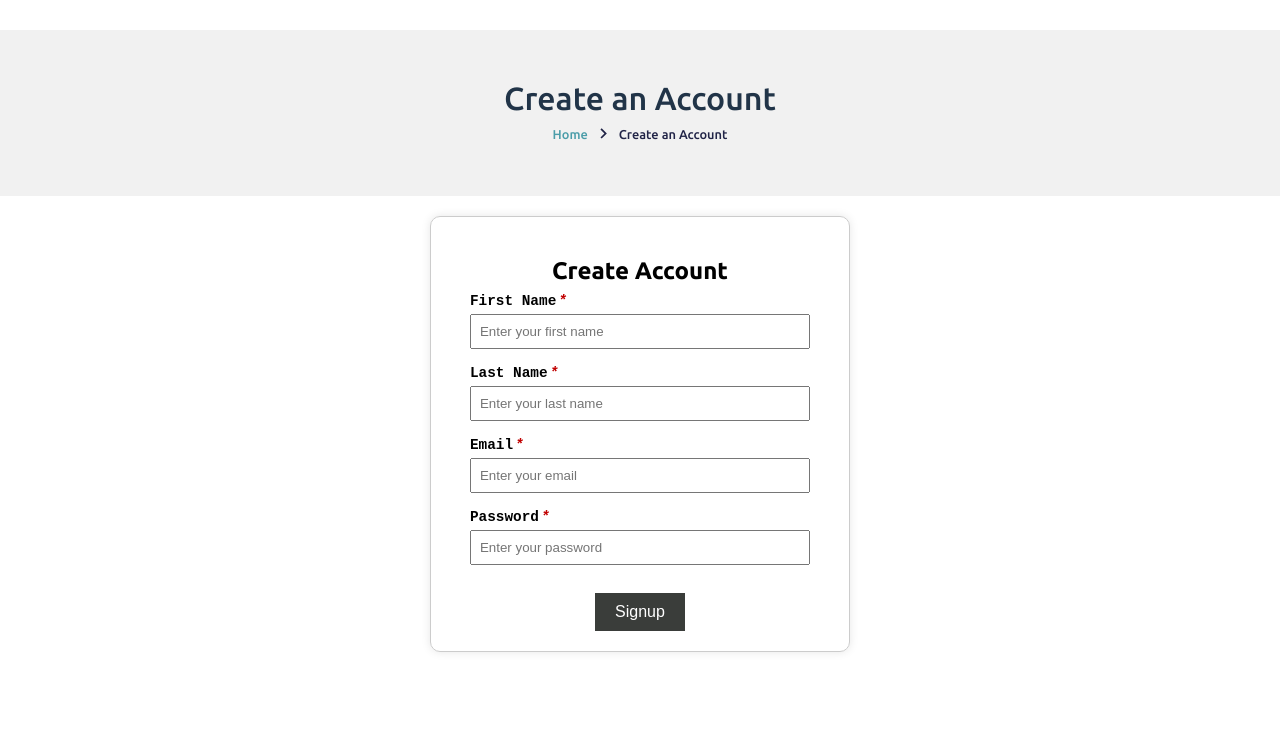
Repository: jkvekariya/Online-store-Management
Page: /auth/signup (app in frontend/client/)
An editor plug-in stored every save of this project. The page is shown before and after the next save, followed by the edit.
The browser window is 1280 px wide. The pictures show the whole page.
Some web fonts or font styles are not loaded; a fallback is used. The project was rebuilt for these pictures with package versions that can differ from the ones it lists, and the page was loaded fresh each time. Also part of the build but not shown: frontend/client/vite.config.js, frontend/client/src/css/header.css, frontend/client/src/css/sidebar.css, frontend/client/src/components/Sidebar.jsx, frontend/client/src/context/CartContext.jsx, frontend/client/src/components/Header.jsx, frontend/client/src/css/footer.css, frontend/client/src/components/Footer.jsx and 11 more.

Above is the page before, as saved 2026-01-02 14:26:25.

After the next save:
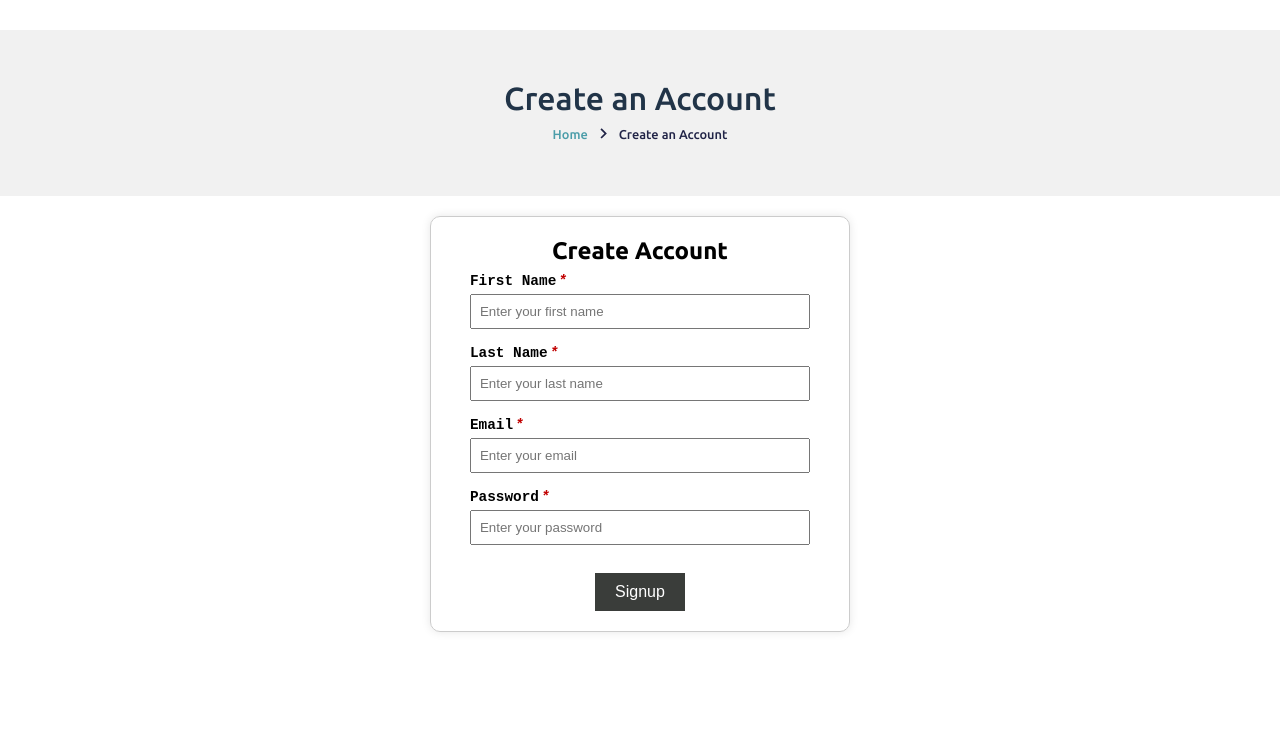
Saved 2 min 57 s later.
--- a/frontend/client/src/css/login.css
+++ b/frontend/client/src/css/login.css
@@ -33,7 +33,7 @@ input{
 
 .main-container h2{
     text-align: center;
-    margin-top: 20px;
+    /* margin-top: 20px; */
 }
 
 .btn{
